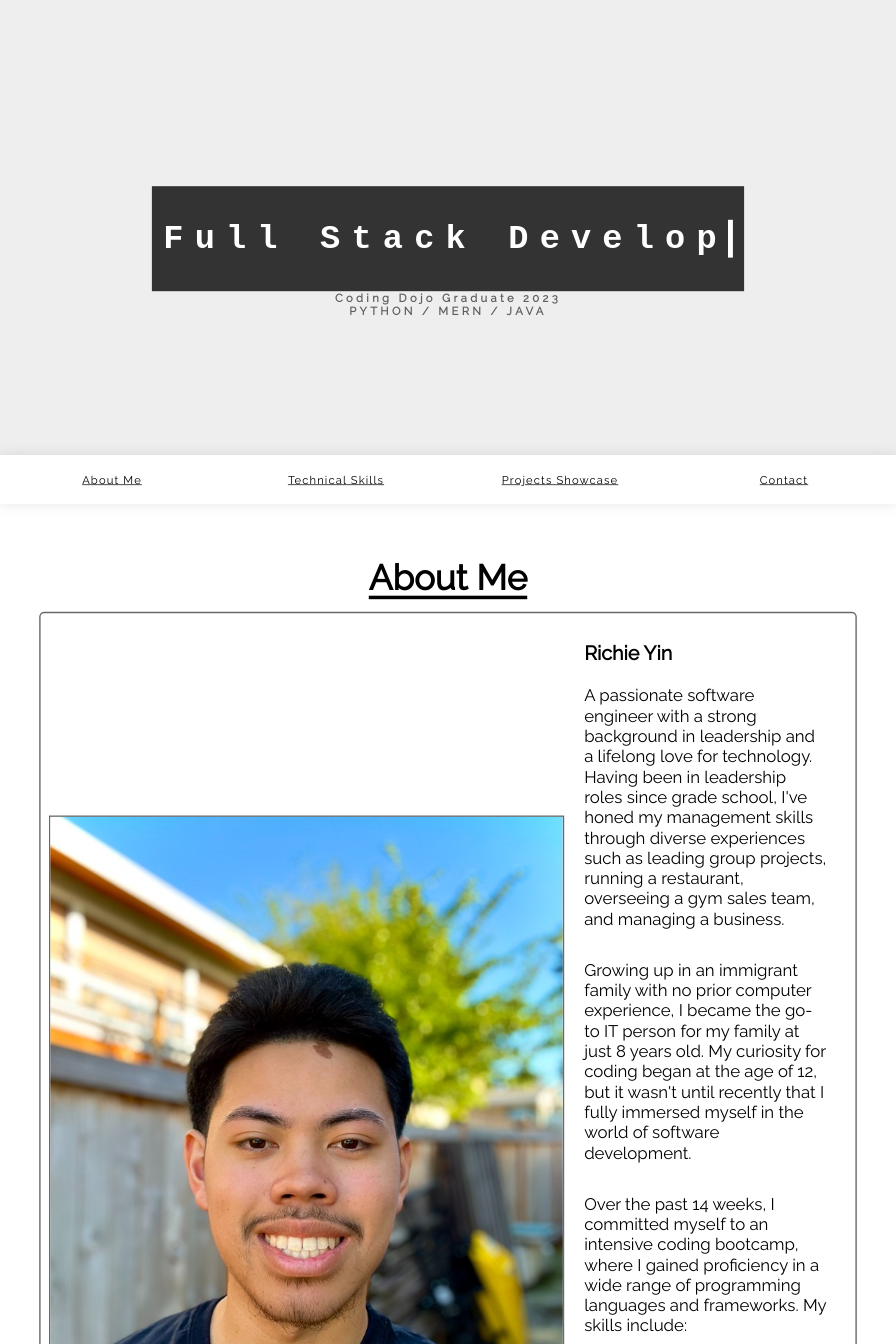
Repository: RICHIE-YIN/Personal-Portfolio
Page: index.html
The author's editor kept a copy of each file at every save. The page is drawn from the files as they stood at one save, then again after the next save.
The browser window is 1280 px wide. The pictures show the part of the page from y = 0 to 1920 px (the page is 4183 px tall), at 70% of full size.
Some web fonts or font styles are not loaded; a fallback is used.

Above is the page before, as saved 2023-06-12 18:08:26.
Console error: ReferenceError: $ is not defined

After the next save:
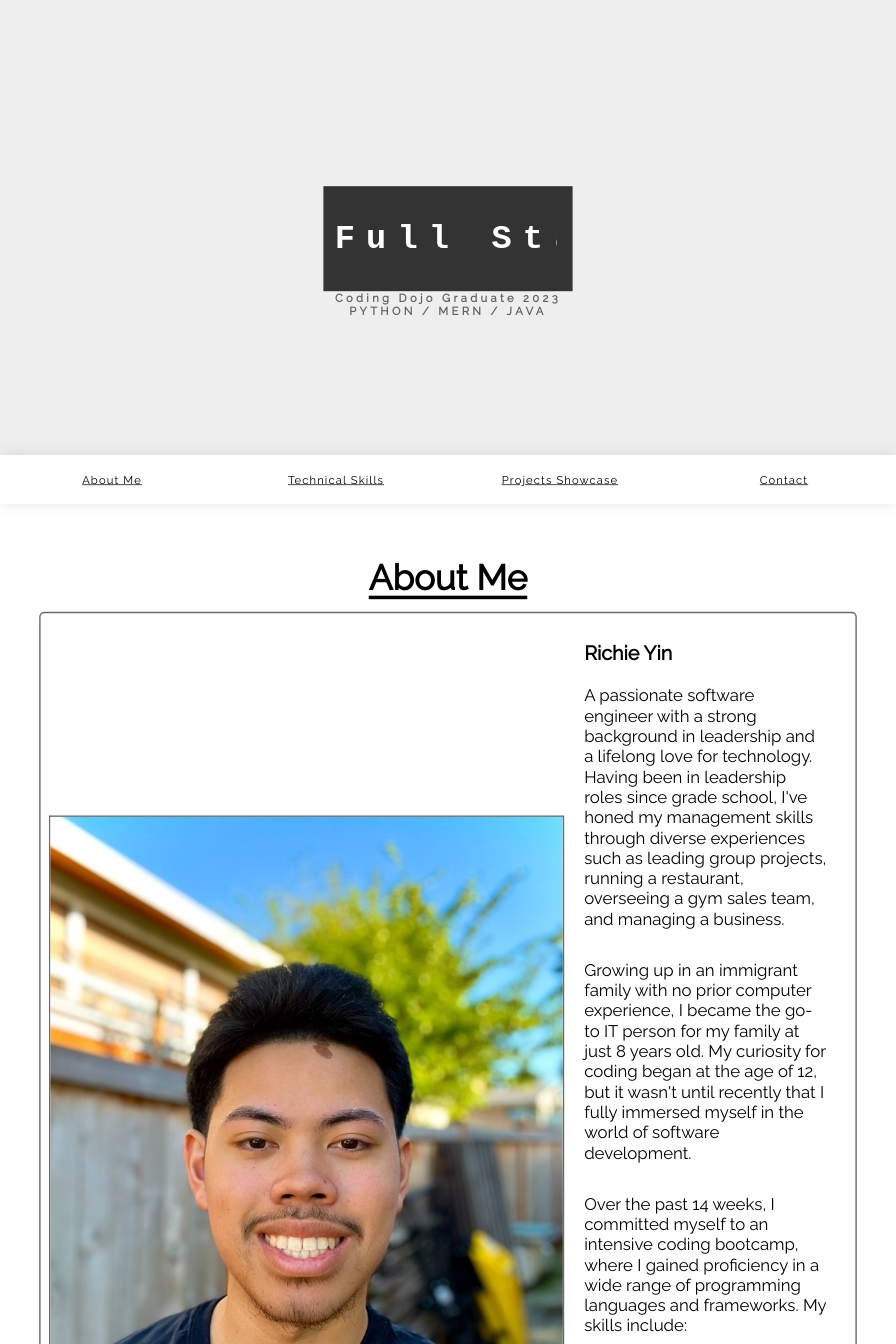
Saved 113 s later.
--- a/styles.css
+++ b/styles.css
@@ -35,6 +35,8 @@
     display: flex;
     justify-content: center;
     max-width: 100%;
+    overflow: hidden; /* Add this line */
+    flex-wrap: wrap; /* Add this line */
 }
 
 .typewriter h1 {
@@ -47,6 +49,8 @@
     max-width: 100%;
     white-space: nowrap;
     text-align: center;
+    animation: typing 4s steps(20) infinite, blink-caret 1s step-end infinite;
+    flex-grow: 1; /* Add this line */
 }
 
 /* .first-section {

After the save that followed:
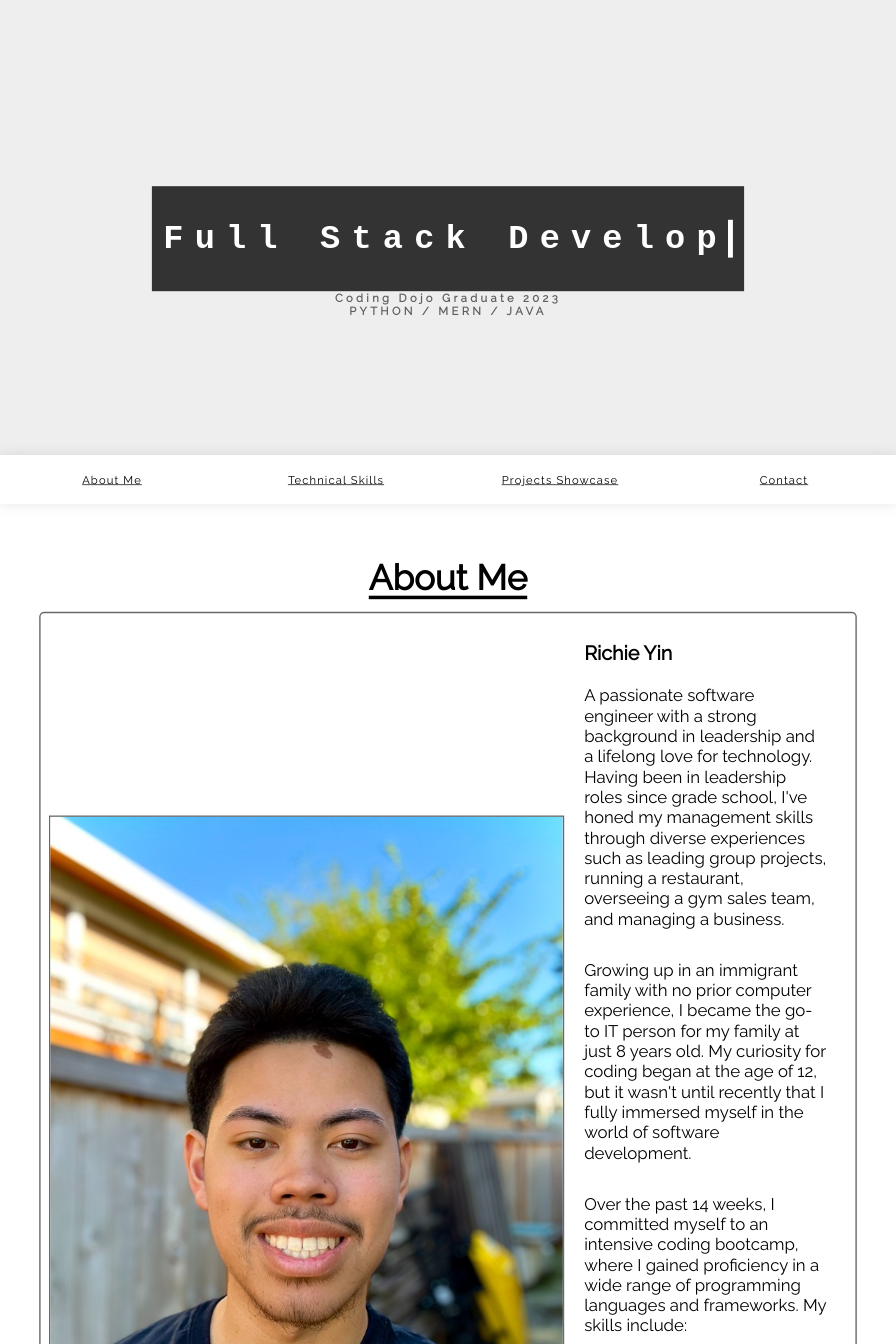
Saved 24 s later.
--- a/styles.css
+++ b/styles.css
@@ -49,7 +49,6 @@
     max-width: 100%;
     white-space: nowrap;
     text-align: center;
-    animation: typing 4s steps(20) infinite, blink-caret 1s step-end infinite;
     flex-grow: 1; /* Add this line */
 }
 
